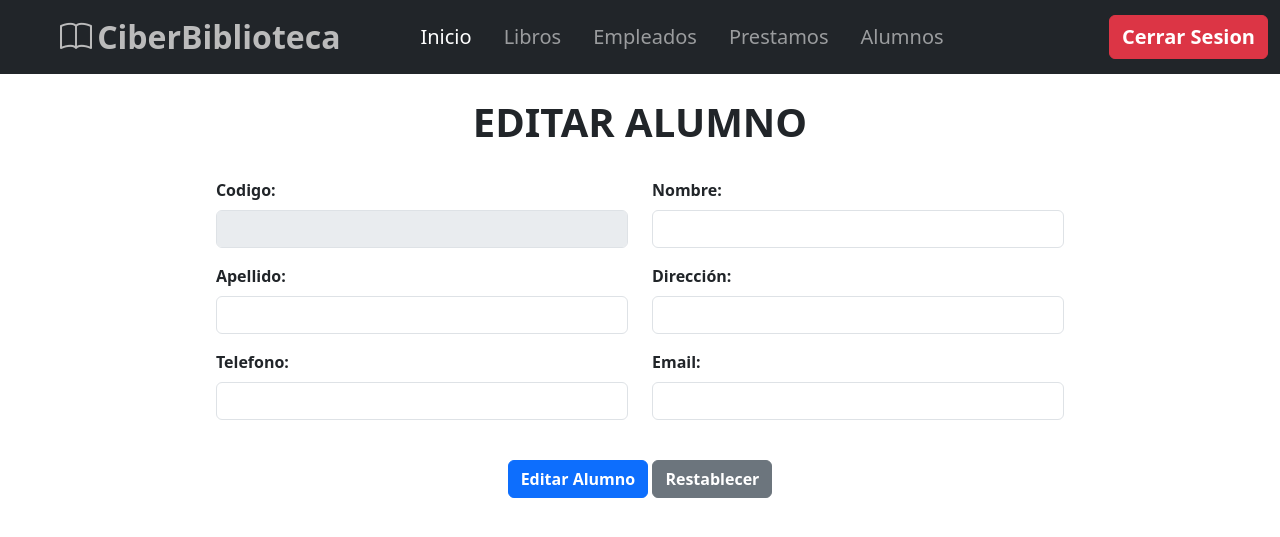
Repository: WilmerOcampo/LP1_Biblioteca
Page: http://localhost/Proyecto/editarAlumno.jsp
These files come from the project's save history. The page is drawn as it stood at one moment and after the next save; the edit follows.
The browser window is 1280 px wide. The pictures show the whole page.
The page is served by Tomcat 10.

Above is the page before, as saved 2023-05-31 18:01:49.

After the next save:
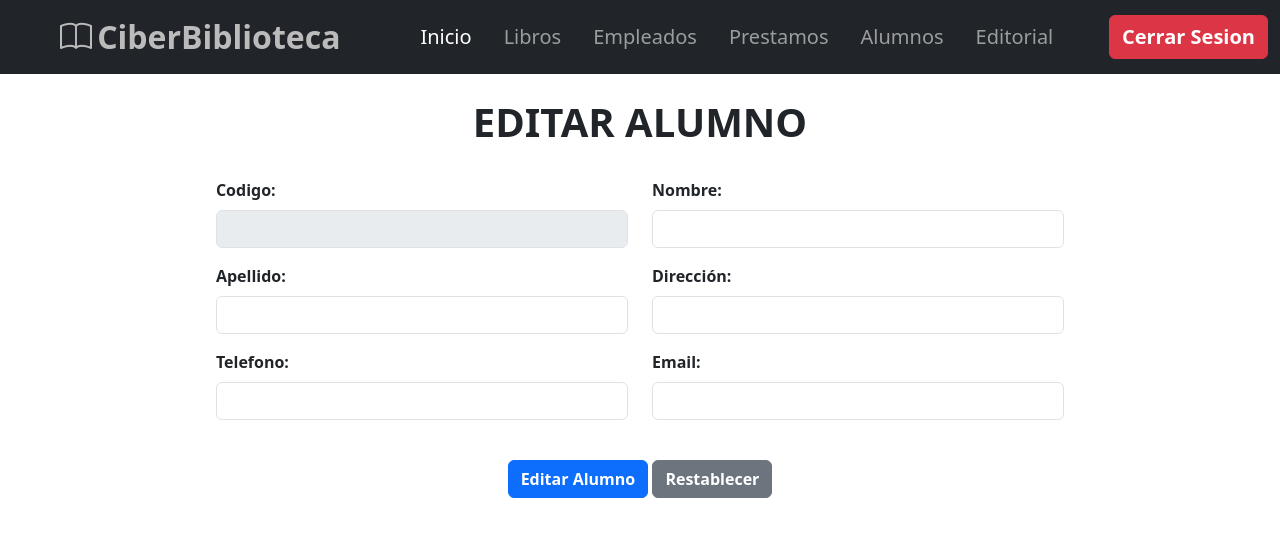
Saved 37 s later.
--- a/Proyecto/src/main/webapp/editarAlumno.jsp
+++ b/Proyecto/src/main/webapp/editarAlumno.jsp
@@ -42,12 +42,15 @@
                   <li class="nav-item" style="margin:0 0.5rem">
                     <a class="nav-link" href="listaAlumnos.jsp">Alumnos</a>
                   </li>
+                   <li class="nav-item" style="margin:0 0.5rem">
+                    <a class="nav-link" href="listaEditorial.jsp">Editorial</a>
+                  </li>
                  </ul>
 
           <hr class="d-md-none text-white-50">
 
          <!--boton Informacion -->
-          <form class="d-flex" >
+          <form class="d-flex">
             <button class="btn btn-danger d-none d-md-inline-block " type="submit" style="font-size: 20px; font-weight:600"><a href="login.jsp" style="text-decoration: none; color: #fff">Cerrar Sesion</a></button>
           </form>
         </div>
